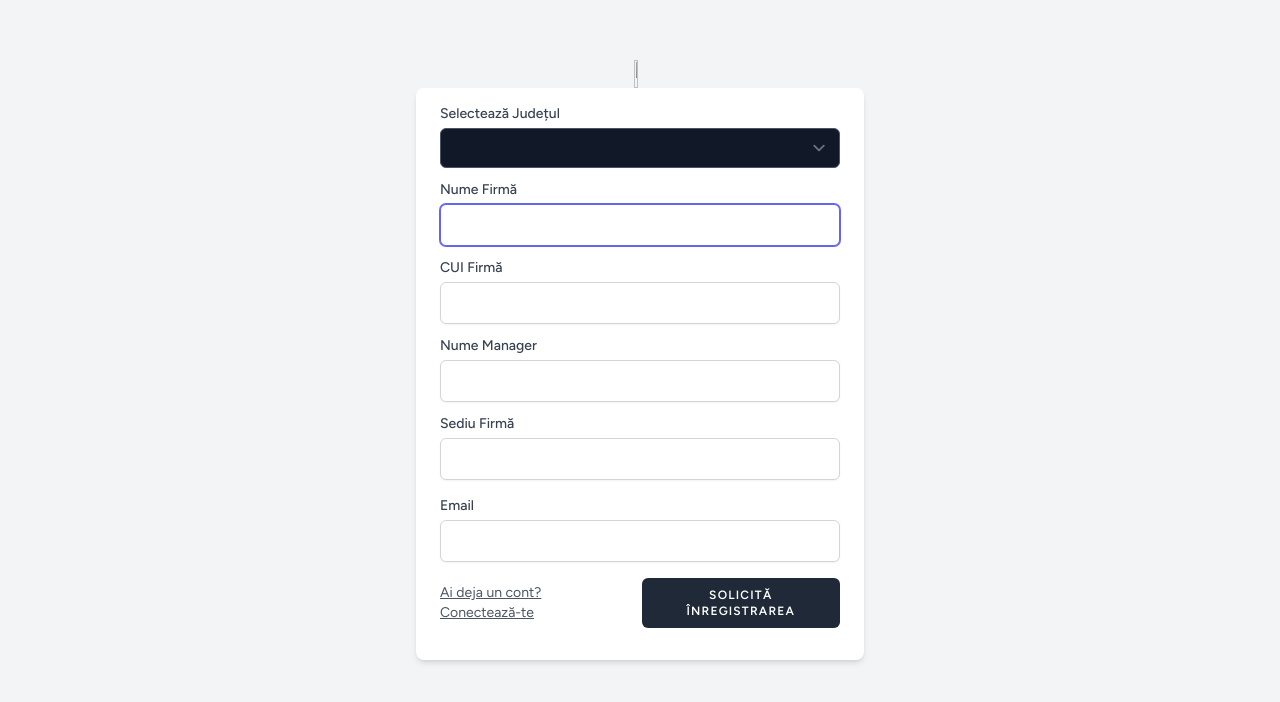
Repository: cosmin05072018/fantastic-events-manager
Page: http://localhost/register
These files come from the project's save history. The page is drawn as it stood at one moment and after the next save; the edit follows.
The browser window is 1280 px wide. The pictures show the whole page.
The page is served by the project's Laravel application, run on PHP 8.4 with Laravel 10. Other server files are loaded and not shown. Style sheets and scripts are compiled from the project's sources, by tool versions that may differ from the author's.

Above is the page before, as saved 2024-11-03 20:43:35.

### routes/web.php
<?php

use App\Http\Controllers\ProfileController;
use Illuminate\Support\Facades\Route;
use App\Http\Controllers\Auth\RegisteredUserController;
/*
|--------------------------------------------------------------------------
| Web Routes
|--------------------------------------------------------------------------
|
| Here is where you can register web routes for your application. These
| routes are loaded by the RouteServiceProvider and all of them will
| be assigned to the "web" middleware group. Make something great!
|
*/

Route::get('/', function () {
    return view('startApp');
})->name('StartApp');;


Route::get('/registration/pending', [RegisteredUserController::class, 'pending'])->name('registration.pending');


Route::get('/dashboard', function () {
    return view('dashboard');
})->middleware(['auth', 'verified'])->name('dashboard');

Route::middleware('auth')->group(function () {
    Route::get('/profile', [ProfileController::class, 'edit'])->name('profile.edit');
    Route::patch('/profile', [ProfileController::class, 'update'])->name('profile.update');
    Route::delete('/profile', [ProfileController::class, 'destroy'])->name('profile.destroy');
});

require __DIR__.'/auth.php';

### app/Http/Controllers/Auth/RegisteredUserController.php
<?php

namespace App\Http\Controllers\Auth;

use App\Http\Controllers\Controller;
use App\Models\PendingUser;
use App\Providers\RouteServiceProvider;
use Illuminate\Auth\Events\Registered;
use Illuminate\Http\RedirectResponse;
use Illuminate\Http\Request;
use Illuminate\Support\Facades\Hash;
use Illuminate\Validation\Rules;
use Illuminate\View\View;

class RegisteredUserController extends Controller
{
    /**
     * Display the registration view.
     */
    public function create(): View
    {
        return view('auth.register');
    }

    /**
     * Handle an incoming registration request.
     *
     * @throws \Illuminate\Validation\ValidationException
     */
    public function store(Request $request): RedirectResponse
    {
        $request->validate([
            'county' => ['required', 'string', 'max:255'],
            'company_name' => ['required', 'string', 'max:255'],
            'company_cui' => ['required', 'string', 'max:20', 'unique:pending_users,company_cui'],
            'manager_name' => ['required', 'string', 'max:255'],
            'company_address' => ['required', 'string', 'max:255'],
            'email' => ['required', 'string', 'email', 'max:255', 'unique:pending_users,email']
        ]);

        $pendingUser = PendingUser::create([
            'county' => $request->county,
            'company_name' => $request->company_name,
            'company_cui' => $request->company_cui,
            'manager_name' => $request->manager_name,
            'company_address' => $request->company_address,
            'email' => $request->email,
            'status' => 0,
        ]);

        // Verificăm dacă utilizatorul a fost creat cu succes
        if ($pendingUser) {
            $pendingUser->save();

            // Redirecționăm utilizatorul către o pagină de confirmare
            return redirect()->route('registration.pending')->with('status', 'Înregistrarea dvs. este în așteptare. Veți fi notificat odată ce contul dvs. este aprobat.');
        } else {
            dd('success');
            // În cazul în care crearea contului a eșuat, redirecționăm utilizatorul înapoi cu un mesaj de eroare
            return redirect()->back()->withErrors(['error' => 'A apărut o eroare în timpul înregistrării. Vă rugăm să încercați din nou.']);
        }
    }

    public function pending()
    {
        return view('auth.pending');
    }
}

### resources/views/auth/register.blade.php
<style>
    .logo-img {
        width: 100%;
        display: flex;
        align-items: center;
        justify-content: center;
    }

    select {
        background-color: #111827 !important;
        /* Fundal întunecat */
        color: #cbd5e0 !important;
        /* Text deschis la culoare */
        border: 1px solid #4a5568 !important;
        /* Bordură similară cu celelalte câmpuri */
        padding: 0.5rem !important;
        border-radius: 0.375rem !important;
        /* Rotunjirea colțurilor */
        height: 40px !important;
        /* Înălțime similară */
        width: 100% !important;
        /* Se extinde pe toată lățimea */
        appearance: none !important;
        /* Îndepărtează stilul implicit pentru browsere */
    }

    /* Săgeata din dreapta pentru select */
    select::-ms-expand {
        display: none !important;
        /* Ascunde săgeata în Internet Explorer */
    }

    /* Stil pentru placeholder */
    select option[value=""][disabled] {
        color: #a0aec0 !important;
        /* Culoare mai pală pentru placeholder */
    }

    /* Hover și focus pentru select */
    select:hover,
    select:focus {
        border-color: #718096 !important;
        /* Culoare pentru border la hover și focus */
        outline: none !important;
    }
</style>

<x-guest-layout>
    <form method="POST" action="{{ route('register') }}">
        @csrf

        <!-- Județ -->
        <div>
            <x-input-label for="county" :value="__('Selectează Județul')" />
            <select id="county" name="county" class="block mt-1 w-full select2" required>
                <option value=""></option>
                <option value="Alba">Alba</option>
                <option value="Arad">Arad</option>
                <option value="Argeș">Argeș</option>
                <option value="Bacău">Bacău</option>
                <option value="Bihor">Bihor</option>
                <option value="Bistrița-Năsăud">Bistrița-Năsăud</option>
                <option value="Botoșani">Botoșani</option>
                <option value="Brașov">Brașov</option>
                <option value="Brăila">Brăila</option>
                <option value="București">București</option>
                <option value="Buzău">Buzău</option>
                <option value="Caraș-Severin">Caraș-Severin</option>
                <option value="Călărași">Călărași</option>
                <option value="Cluj">Cluj</option>
                <option value="Constanța">Constanța</option>
                <option value="Covasna">Covasna</option>
                <option value="Dâmbovița">Dâmbovița</option>
                <option value="Dolj">Dolj</option>
                <option value="Galați">Galați</option>
                <option value="Giurgiu">Giurgiu</option>
                <option value="Gorj">Gorj</option>
                <option value="Harghita">Harghita</option>
                <option value="Hunedoara">Hunedoara</option>
                <option value="Ialomița">Ialomița</option>
                <option value="Iași">Iași</option>
                <option value="Ilfov">Ilfov</option>
                <option value="Maramureș">Maramureș</option>
                <option value="Mehedinți">Mehedinți</option>
                <option value="Mureș">Mureș</option>
                <option value="Neamț">Neamț</option>
                <option value="Olt">Olt</option>
                <option value="Prahova">Prahova</option>
                <option value="Satu Mare">Satu Mare</option>
                <option value="Sălaj">Sălaj</option>
                <option value="Sibiu">Sibiu</option>
                <option value="Suceava">Suceava</option>
                <option value="Teleorman">Teleorman</option>
                <option value="Timiș">Timiș</option>
                <option value="Tulcea">Tulcea</option>
                <option value="Vaslui">Vaslui</option>
                <option value="Vâlcea">Vâlcea</option>
                <option value="Vrancea">Vrancea</option>
            </select>
            <x-input-error :messages="$errors->get('county')" class="mt-2" />
        </div>

        <!-- Nume Firmă -->
        <div>
            <x-input-label for="company_name" class="mt-3" :value="__('Nume Firmă')" />
            <x-text-input id="company_name" class="block mt-1 w-full" type="text" name="company_name" :value="old('name')"
                required autofocus autocomplete="name" />
            <x-input-error :messages="$errors->get('name')" class="mt-2" />
        </div>

        <!-- CUI Firmă -->
        <div>
            <x-input-label class="mt-3" for="company_cui" :value="__('CUI Firmă')" />
            <x-text-input id="company_cui" class="block mt-1 w-full" type="number" name="company_cui" :value="old('name')"
                required autofocus autocomplete="name" />
            <x-input-error :messages="$errors->get('name')" class="mt-2" />
        </div>

        <!-- Nume Admin Firmă -->
        <div>
            <x-input-label class="mt-3" for="manager_name" :value="__('Nume Manager')" />
            <x-text-input id="manager_name" class="block mt-1 w-full" type="text" name="manager_name" :value="old('name')"
                required autofocus autocomplete="name" />
            <x-input-error :messages="$errors->get('name')" class="mt-2" />
        </div>

        <!-- Sediu Firmă -->
        <div>
            <x-input-label class="mt-3" for="company_address" :value="__('Sediu Firmă')" />
            <x-text-input id="company_address" class="block mt-1 w-full" type="text" name="company_address" :value="old('name')"
                required autofocus autocomplete="name" />
            <x-input-error :messages="$errors->get('name')" class="mt-2" />
        </div>

        <!-- Email Address -->
        <div class="mt-4">
            <x-input-label for="email" :value="__('Email')" />
            <x-text-input id="email" class="block mt-1 w-full" type="email" name="email" :value="old('email')"
                required autocomplete="username" />
            <x-input-error :messages="$errors->get('email')" class="mt-2" />
        </div>

        <div class="flex items-center mt-4">
            <a class="underline text-sm text-gray-600 dark:text-gray-400 hover:text-gray-900 dark:hover:text-gray-100 rounded-md focus:outline-none focus:ring-2 focus:ring-offset-2 focus:ring-indigo-500 dark:focus:ring-offset-gray-800"
                href="{{ route('login') }}">
                {{ __('Ai deja un cont? Conectează-te') }}
            </a>

            <x-primary-button class="ms-4">
                {{ __('Solicită Înregistrarea') }}
            </x-primary-button>
        </div>
    </form>
</x-guest-layout>

### resources/views/layouts/guest.blade.php
<!DOCTYPE html>
<html lang="{{ str_replace('_', '-', app()->getLocale()) }}">
    <head>
        <meta charset="utf-8">
        <meta name="viewport" content="width=device-width, initial-scale=1">
        <meta name="csrf-token" content="{{ csrf_token() }}">

        <title>{{ config('app.name', 'Laravel') }}</title>

        <!-- Fonts -->
        <link rel="preconnect" href="https://fonts.bunny.net">
        <link href="https://fonts.bunny.net/css?family=figtree:400,500,600&display=swap" rel="stylesheet" />

        <!-- Scripts -->
        @vite(['resources/css/app.css', 'resources/js/app.js'])
    </head>
    <body class="font-sans text-gray-900 antialiased">
        <div class="min-h-screen flex flex-col sm:justify-center items-center pt-6 sm:pt-0 bg-gray-100 dark:bg-gray-900">
            <div>
                <a href="/">
                    <x-application-logo class="w-20 h-20 fill-current text-gray-500" />
                </a>
            </div>

            <div class="w-full sm:max-w-md px-6 py-4 bg-white dark:bg-gray-800 shadow-md overflow-hidden sm:rounded-lg">
                {{ $slot }}
            </div>
        </div>
    </body>
</html>

### resources/views/components/application-logo.blade.php
<div class="logo-img">
    <img src="{{ asset('storage/logo.svg') }}" alt="Logo" style="width: 20% !important;">
</div>

Loaded but not shown: routes/auth.php (common file); app/Http/Controllers/Auth/EmailVerificationPromptController.php (common file); app/Http/Controllers/Controller.php (common file); app/Http/Controllers/Auth/VerifyEmailController.php (common file); app/View/Components/GuestLayout.php (common file); resources/views/components/input-label.blade.php (common file); resources/views/components/input-error.blade.php (common file); resources/views/components/text-input.blade.php (common file); resources/views/components/primary-button.blade.php (common file); resources/css/app.css (common file); tailwind.config.js (common file); resources/js/app.js (common file); resources/js/bootstrap.js (common file)

After the next save:
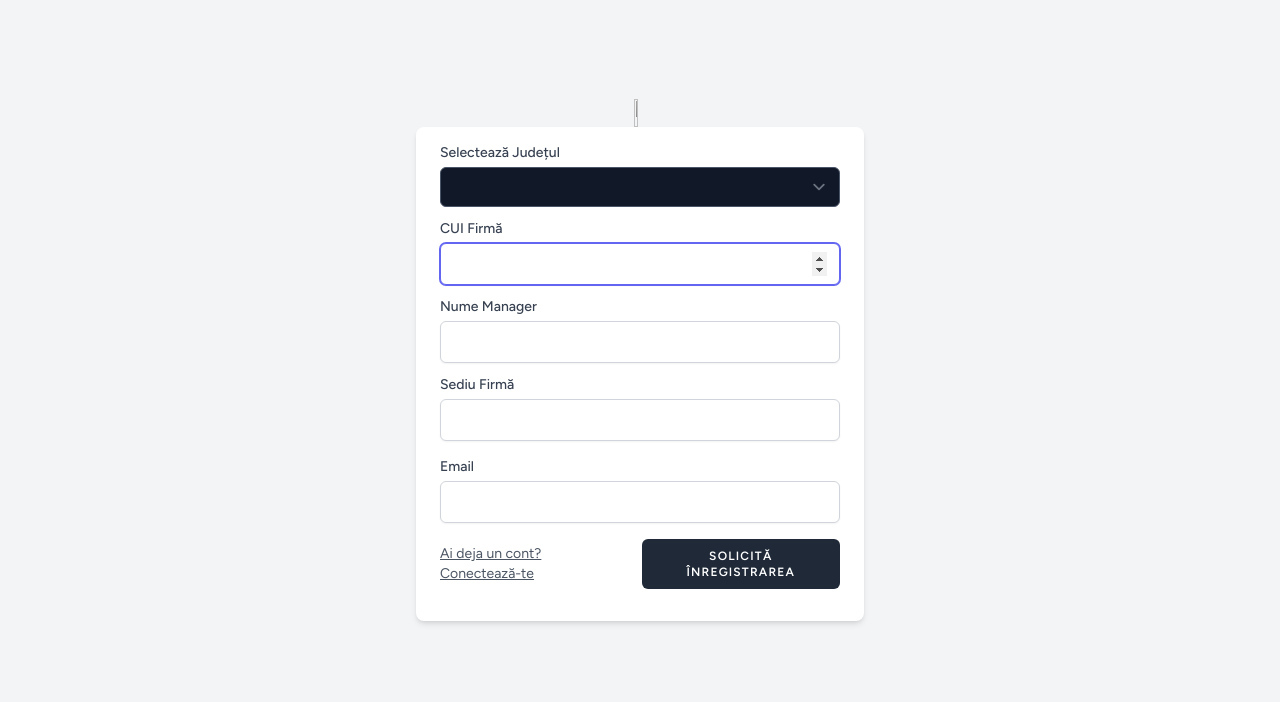
Saved 30 s later.
--- a/resources/views/auth/register.blade.php
+++ b/resources/views/auth/register.blade.php
@@ -101,12 +101,7 @@
         </div>
 
         <!-- Nume Firmă -->
-        <div>
-            <x-input-label for="company_name" class="mt-3" :value="__('Nume Firmă')" />
-            <x-text-input id="company_name" class="block mt-1 w-full" type="text" name="company_name" :value="old('name')"
-                required autofocus autocomplete="name" />
-            <x-input-error :messages="$errors->get('name')" class="mt-2" />
-        </div>
+
 
         <!-- CUI Firmă -->
         <div>

After the save that followed:
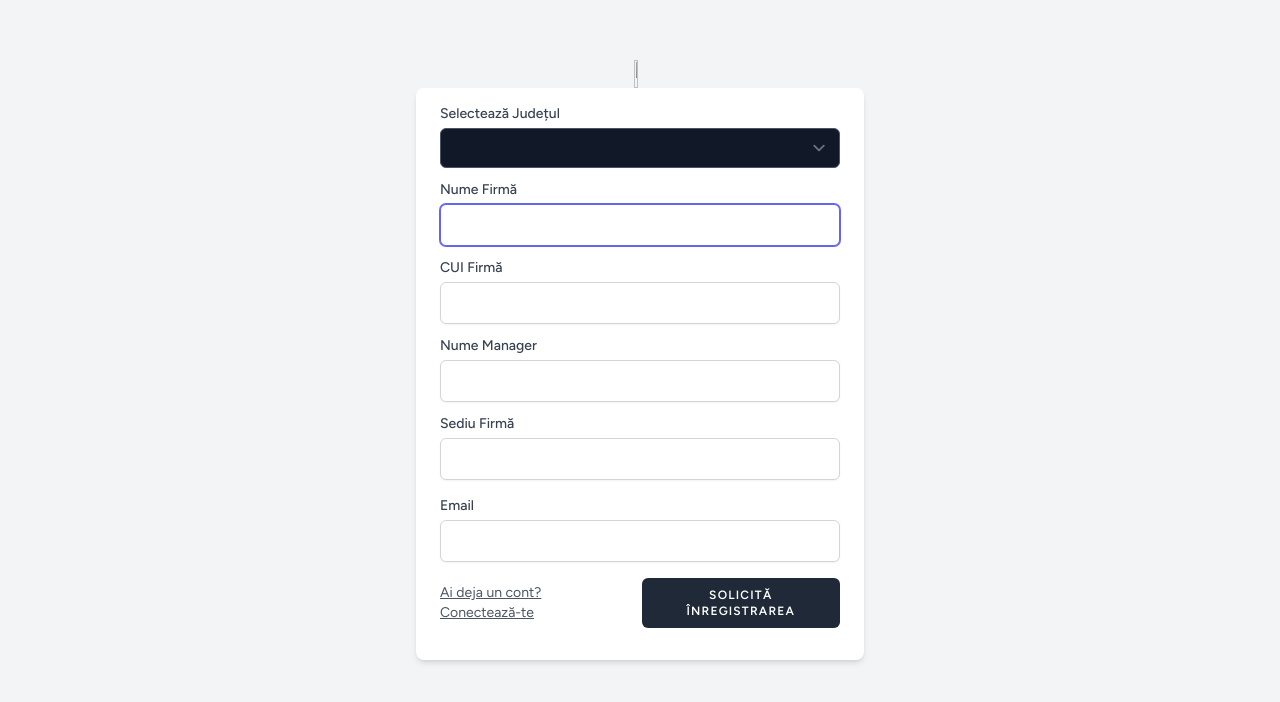
Saved 10 s later.
--- a/resources/views/auth/register.blade.php
+++ b/resources/views/auth/register.blade.php
@@ -101,7 +101,12 @@
         </div>
 
         <!-- Nume Firmă -->
-
+        <div>
+            <x-input-label for="company_name" class="mt-3" :value="__('Nume Firmă')" />
+            <x-text-input id="company_name" class="block mt-1 w-full" type="text" name="company_name" :value="old('name')"
+                required autofocus autocomplete="name" />
+            <x-input-error :messages="$errors->get('name')" class="mt-2" />
+        </div>
 
         <!-- CUI Firmă -->
         <div>
